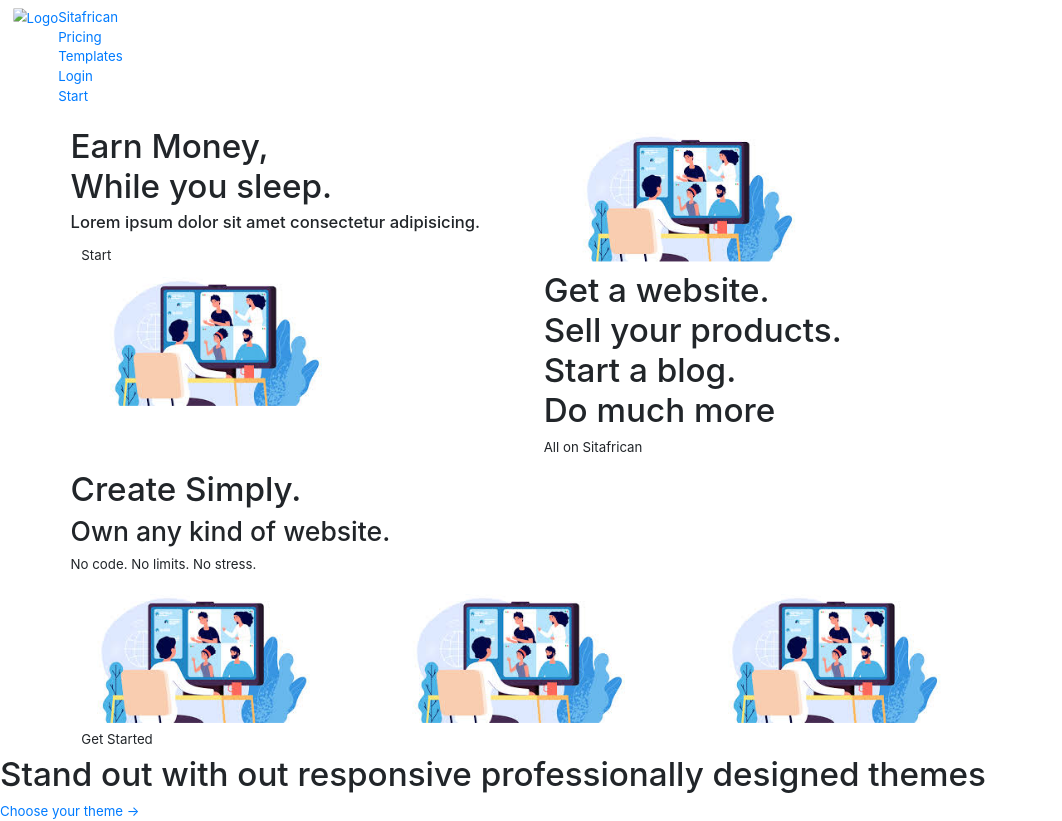
Repository: latenightsnacc/Static-Web-Projects
Page: Sitadel/index.html
The author's editor kept a copy of each file at every save. The page is drawn from the files as they stood at one save, then again after the next save.
The browser window is 1280 px wide. The pictures show the whole page, at 83% of full size.
The style sheet was rebuilt from its Sass, Less or Tailwind sources for each picture, by a compiler version that may differ from the author's.

Above is the page before, as saved 2020-11-09 12:18:17.

After the next save:
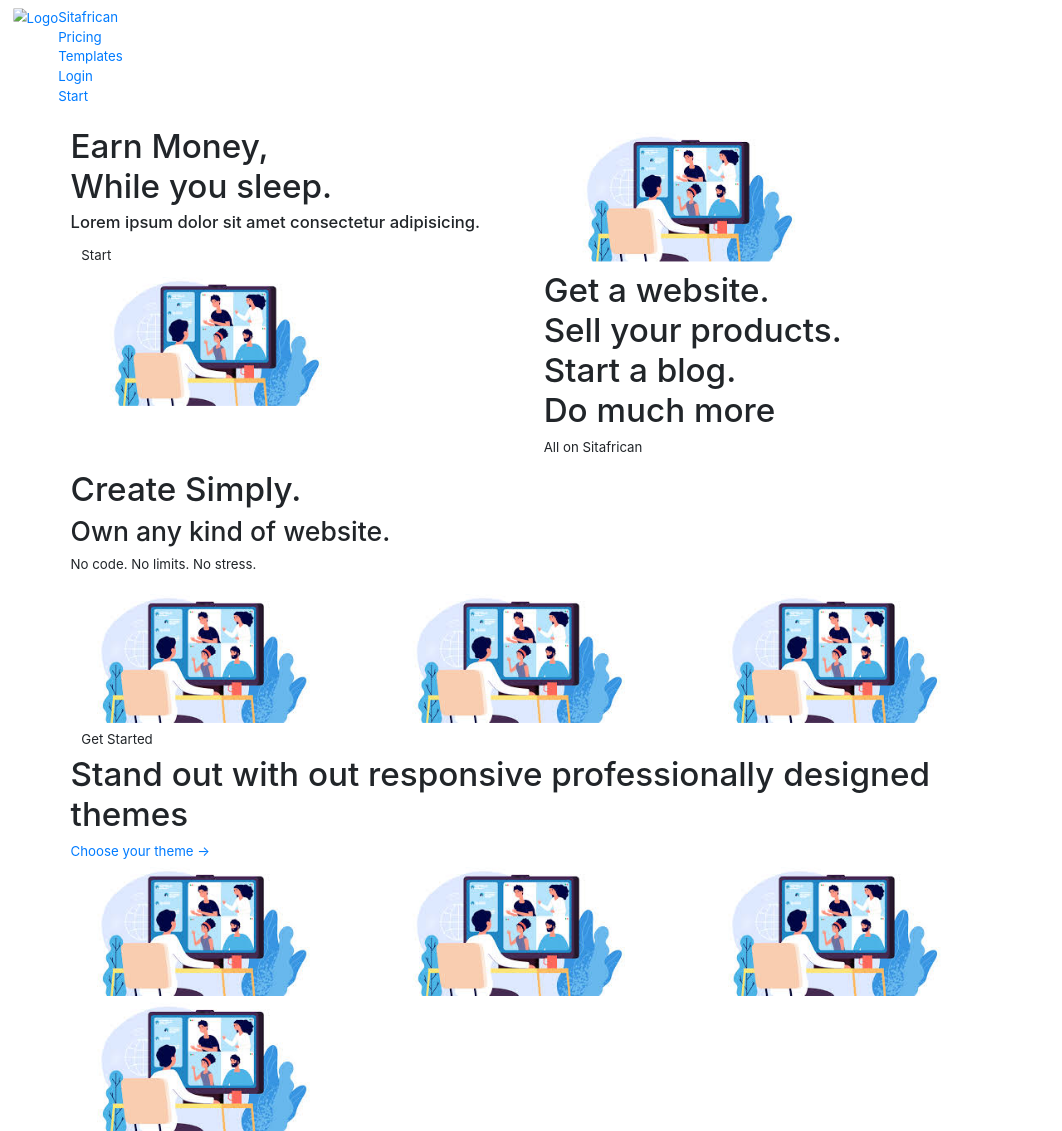
Saved 85 s later.
--- a/Sitadel/index.html
+++ b/Sitadel/index.html
@@ -124,9 +124,33 @@
 
     <!--Templates-->
     <section id="templates">
-        <div class="text-box">
-            <h1>Stand out with out responsive professionally designed themes</h1>
-            <a href="#" class="lined-btn">Choose your theme -></a>
+        <div class="container">
+            <div class="text-box">
+                <h1>Stand out with out responsive professionally designed themes</h1>
+                <a href="#" class="lined-btn">Choose your theme -></a>
+            </div>
+            <div class="templates row">
+                <div class="col">
+                    <a href="#">
+                        <img src="assets/video-conferencing.jpeg" alt="banner image"/>
+                    </a>
+                </div>
+                <div class="col">
+                    <a href="#">
+                        <img src="assets/video-conferencing.jpeg" alt="banner image"/>
+                    </a>
+                </div>
+                <div class="col">
+                    <a href="#">
+                        <img src="assets/video-conferencing.jpeg" alt="banner image"/>
+                    </a>
+                </div>
+                <div class="col">
+                    <a href="#">
+                        <img src="assets/video-conferencing.jpeg" alt="banner image"/>
+                    </a>
+                </div>
+            </div>
         </div>
     </section>
     <!--Bootstrap Scripts-->
